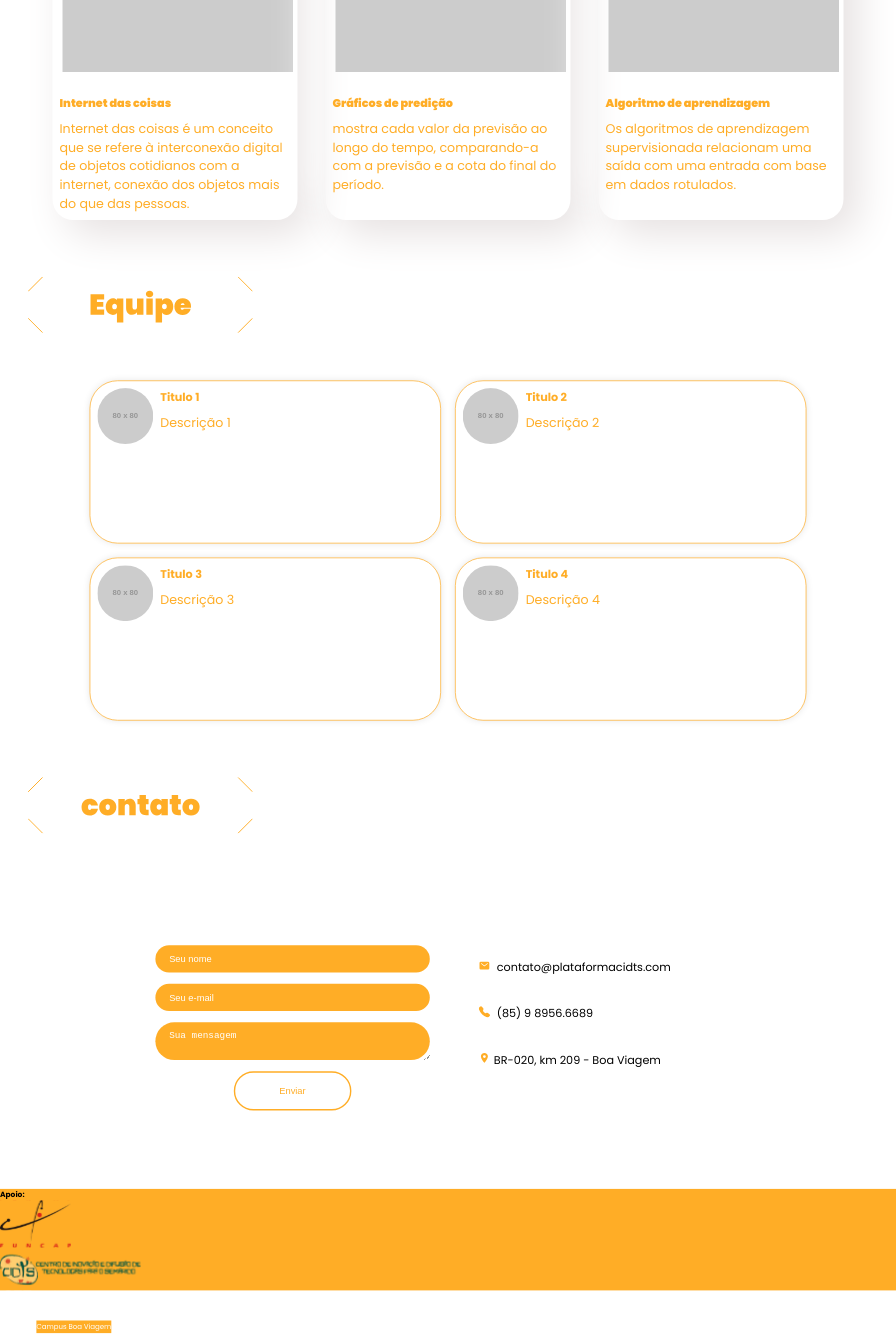
Repository: CCG-web/beeweb
Page: /
The author's editor kept a copy of each file at every save. The page is drawn from the files as they stood at one save, then again after the next save.
The browser window is 1280 px wide. The pictures show the part of the page from y = 2118 to 4038 px (the page is 4038 px tall before and 4028 px after), at 70% of full size.
The project was rebuilt for these pictures with package versions that can differ from the ones it lists, and the page was loaded fresh each time.

Above is the page before, as saved 2023-05-08 23:00:35.

### public/index.html
<!DOCTYPE html>
<html lang="en">
  <head>
    <meta charset="utf-8" />
    <link rel="icon" href="%PUBLIC_URL%/favicon.ico" />
    <meta name="viewport" content="width=device-width, initial-scale=1" />
    <meta name="theme-color" content="#000000" />
    <meta
      name="description"
      content="Web site created using create-react-app"
    />
    <link rel="preconnect" href="https://fonts.googleapis.com">
<link rel="preconnect" href="https://fonts.gstatic.com" crossorigin>
<link href="https://fonts.googleapis.com/css2?family=Poppins:ital,wght@0,100;0,200;0,300;0,400;0,500;0,600;0,700;0,800;0,900;1,100;1,200;1,300;1,400;1,500;1,600;1,700;1,800;1,900&display=swap" rel="stylesheet">
    <link rel="apple-touch-icon" href="%PUBLIC_URL%/logo192.png" />
    <!--
      manifest.json provides metadata used when your web app is installed on a
      user's mobile device or desktop. See https://developers.google.com/web/fundamentals/web-app-manifest/
    -->
    <link rel="manifest" href="%PUBLIC_URL%/manifest.json" />
    <!--
      Notice the use of %PUBLIC_URL% in the tags above.
      It will be replaced with the URL of the `public` folder during the build.
      Only files inside the `public` folder can be referenced from the HTML.

      Unlike "/favicon.ico" or "favicon.ico", "%PUBLIC_URL%/favicon.ico" will
      work correctly both with client-side routing and a non-root public URL.
      Learn how to configure a non-root public URL by running `npm run build`.
    -->
    <title>BeeWeb</title>
  </head>
  <body>
    <noscript>You need to enable JavaScript to run this app.</noscript>
    <div id="root"></div>
    <!--
      This HTML file is a template.
      If you open it directly in the browser, you will see an empty page.

      You can add webfonts, meta tags, or analytics to this file.
      The build step will place the bundled scripts into the <body> tag.

      To begin the development, run `npm start` or `yarn start`.
      To create a production bundle, use `npm run build` or `yarn build`.
    -->
  </body>
</html>

### src/index.css
*{
   margin: 0;
   padding: 0;
   box-sizing: border-box;
}

### src/App.js
// import Navbar from "./components/Navbar";

import React, { useState, useEffect, } from 'react'
import Home from "./components/Home.jsx"
import Sobre from "./components/Sobre";
import Cards from "./components/Cards";
import './App.css'
import uso from "./assets/uso.svg"
import Equipe from "./assets/Equipe.svg"
import Team from "./components/Team";
import ContatoLogo from "./assets/contato.svg";
import Contato from "./components/Contato";
import Footer from "./components/Footer";
import { useRef } from "react";
import Headline from "./components/Headline";
import logoBee from "./assets/logoBEE.svg"
import { Divide as Hamburger } from 'hamburger-react'

function App() {
  const contatoref = useRef(null)
  const homeref = useRef(null)

  // const HomeFuncao = () => {

  //   homeref.current?.scrollIntoView({ behavior: 'smooth' });
  // }

  const ContatoFuncao = () => {
    contatoref.current?.scrollIntoView({ behavior: 'smooth' });
  }


  // teste da navbar

  const [toggleMenu, setToggleMenu] = useState(false)
  const [screenWidth, setScreenWidth] = useState(window.innerWidth)


  const toggleNav = () => {

    setToggleMenu(!toggleMenu)
  }
  useEffect(() => {

    const changeWidth = () => {
      setScreenWidth(window.innerWidth);
    }

    window.addEventListener('resize', changeWidth)
    return () => {
      window.removeEventListener('resize', changeWidth)
    }
  }, [])

  // fim do teste

  return (

    <div>
<nav>


      {(toggleMenu || screenWidth > 1000) && (
        <ul className="list">


          <li  className="items" onClick={ContatoFuncao()} >Home</li>
          <li  className="items"  >sobre</li>
          <li  className="items"  >uso</li>
          <li  className="items"  >Contato</li>


        </ul>
      )

      }


       <img className="logo" src={logoBee} alt="" / >

      <button onClick={toggleNav} className='btn'><Hamburger/></button>
    </nav>

      {/* <Navbar
      Contato="Contato" event={ContatoFuncao}
      />
      Home="Home"
      sobre="Sobre nós"
      uso="Uso"

      <Headline ref={homeref}/> */}


      <Home />

      <Sobre />
      <div className="uso">

        <img className="imgUso" src={uso} alt="" />
      </div>

      <div className='cardContainer'>

        <Cards
          image="https://via.placeholder.com/385x384.png?text=Image+1"
          alt="Image 1"
          title="Internet das coisas"
          description="Internet das coisas é um conceito que se refere à interconexão digital de objetos cotidianos com a internet, conexão dos objetos mais do que das pessoas."
        />
        <Cards
          image="https://via.placeholder.com/385x384.png?text=Image+2"
          alt="Image 2"
          title="Gráficos de predição"
          description="mostra cada valor da previsão ao longo do tempo, comparando-a com a previsão e a cota do final do período."
        />
        <Cards
          image="https://via.placeholder.com/385x384.png?text=Image+3"
          alt="Image 3"
          title="Algoritmo de aprendizagem"
          description="Os algoritmos de aprendizagem supervisionada relacionam uma saída com uma entrada com base em dados rotulados. "
        />
      </div>
      <div className="uso">


        <img className="imgUso" src={Equipe} alt="" />
      </div>
      <Team />
      <div className="uso">


        <img className="imgUso" src={ContatoLogo} alt="" />
        <Headline ref={contatoref} />
      </div>

      <Contato />
      <Footer />

    </div>





  );
}

export default App;

### src/components/Home.jsx


import './Home.css'
const Home = () => {
    return (
        <section className='containerHome'>
            <div >

                <h1>BeeWeb</h1>

                <p>BEEWeb é um projeto inovador que tem como objetivo ajudar os apicultores <br/> a monitorar
                    suas colmeias de abelhas de forma mais eficiente.  </p>

                <button className='btnProjeto'>Projeto</button>
            </div>
        </section>
    )
}

export default Home

### src/components/Sobre.jsx
import React from 'react'

import './Sobre.css'

const Sobre = () => {
    return (
        <section className='ContainerSobre'  >
            <div className='itens'>

                <div className='texto first'>

                <h1>Sobre nós</h1>

                    <p>BEEWeb é um projeto inovador que tem como objetivo ajudar os apicultores a monitorar suas colmeias de abelhas de forma mais eficiente. Desenvolvido por Bolsistas/alunos com auxílio de professores do IFCE, em uma parceria com o Centro de Inovação e Difusão de Tecnologias para o Semiárido (CIDTS). O projeto BEEWeb utiliza uma combinação de dispositivos eletrônicos e tecnologia web para fornecer informações valiosas sobre as colmeias. <br />

                        O sistema BEEWeb é composto por dois principais componentes: sensores e um sistema web. Os sensores são instalados dentro e fora das colmeias para capturar dados em tempo real, como temperatura, umidade e peso das colmeias. Esses dados são então transmitidos para o sistema web, que permite que os apicultores monitorem e analisem as informações em tempo real.
                    </p>
                </div>

            </div>
            <div className='itens two' >
                <div className='texto secord' >
                <h1>Ainda</h1>

                    <p>Com o sistema BEEWeb, os apicultores podem detectar rapidamente quaisquer problemas em suas colmeias e tomar medidas corretivas para evitá-los. Por exemplo, se a temperatura dentro da colmeia estiver muito alta, o sistema enviará um alerta para o apicultor para que ele possa tomar medidas imediatas para resfriar a colmeia. <br />

                        Além disso, o aplicativo web do BEEWeb também permite que os apicultores analisem os dados coletados ao longo do tempo. Eles podem visualizar gráficos e relatórios que mostram as tendências de temperatura, umidade e peso da colmeia ao longo do tempo, o que pode ser usado para otimizar a produção de mel e melhorar a saúde das abelhas.

                        Em resumo, o projeto BEEWeb é uma solução inovadora e prática que irá revolucionar a forma como os apicultores gerenciam suas colmeias. Com o sistema BEEWeb, é possível monitorar as colmeias em tempo real, detectar problemas rapidamente e otimizar a produção de mel de forma mais eficiente."
                    </p>
                </div>
            </div>

        </section>




    )
}

export default Sobre

### src/components/Cards.jsx
import React from 'react'
import './Cards.css'
function Cards(props) {
    return (



   <div className="card">
        <img src={props.image} alt={props.alt} />
        <div className="card-content">
          <h3>{props.title}</h3>
          <p className="description">{props.description}</p>
        </div>
      </div>





    );
  }

export default Cards

### src/App.css
body{
    font-family: 'Poppins', sans-serif;
}

nav {
    font-family: 'Poppins', sans-serif;
    font-size: 20px;
    font-weight: 300;

    position: fixed;
    z-index: 1;
    top: 0;
    width: 100%;
    height: 200px;
    background-color: #ffad26;
    color: white;
    opacity: 0.9;
}


.logo{
    position: absolute;
    left: 10px;
    top: -10px;
    width: 386px;
    height: 233px;

}
.list {
    list-style-type: none;
    background: #ffad26;
    height: 100%;
    display: flex;
    justify-content:flex-end;
    align-items: center;
    position: relative;
}

.items {
    margin-right: 75px;
    font-size: 20px;
    color: white;
    cursor: pointer;
    transition: color 0.3s ease, transform 0.3s ease;
  }

  .items:hover {
    color: black;
    transform: translateX(-5px) rotate(-5deg);
  }

.items {
    margin-right: 75px;
    font-size: 20px;

    color: white;
    cursor: pointer;
}

.btn {
    border: none;
    display: none;
    position: absolute;
    background-color:#ffad26;
    right: 10px;
    top: 20px;
    padding: 5px;
    color: white;
    font-size: 20px;
}

@media screen and (max-width: 1366px) {
    nav{
        height: 150px;

    }

    .logo{

        width: 308.8px;
        height: 186.4px;
    }
}

@media screen and (max-width: 1000px) {
    .list {
        flex-direction: column;
        height: auto;
    }
    .logo{
        position: absolute;
        left: 10px;
        top:0px;
        width: 155.6px;
        height: 93.2px;

    }
    nav{
        height: 100px;
    }
    .items:nth-child(1) {

        margin-top: 100px;
    }

    .items {
        border-top: 1px solid rgb(255, 249, 249);
        width: 100%;
        text-align: center;
        margin-right: 0px;
        padding: 20px 0;
    }

    .btn {
        display: block;
    }
}

//acima antes do body e depois do body
.uso{
    display: flex;
    justify-content: center;
    width: 100%;
    height: 200px;
}

.imgUso{
    margin: 40px;
    width: 321px;
    height: 122px;
}

.imgEquipe{
    margin: 40px;
    width: 321px;
    height: 122px;
}

.cardContainer {

    display: flex;
    justify-content: center;

}

@media screen and (max-width: 768px) {
    .cardContainer {
        display: flex;

        flex-direction: column;
        align-items: center;

    }

    .card {

        width: 300px;



    }

}

@media screen and (max-width: 430px) {


.imgUso{
    margin: 40px;
    width: 120px;
    height: 61px;
}


    .card {
        width: 250px;


    }


}


@media screen and (max-width: 300px) {
    .card {
    margin-left: 5%;
    }
}

### src/components/Team.jsx


import React from 'react';
import './Team.css';

function Team() {
  return (
    <div className="team-container">
      <div className="team">
        <div className="team-image-container">
          <img src="https://via.placeholder.com/80x80" alt="Imagem" className="team-round-image" />
        </div>
        <div className="team-text-container">
          <h2 className="team-title">Titulo 1</h2>
          <p className="team-description">Descrição 1</p>
        </div>
      </div>
      <div className="team">
        <div className="team-image-container">
          <img src="https://via.placeholder.com/80x80" alt="Imagem" className="team-round-image" />
        </div>
        <div className="team-text-container">
          <h2 className="team-title">Titulo 2</h2>
          <p className="team-description">Descrição 2</p>
        </div>
      </div>
      <div className="team">
        <div className="team-image-container">
          <img src="https://via.placeholder.com/80x80" alt="Imagem" className="team-round-image" />
        </div>
        <div className="team-text-container">
          <h2 className="team-title">Titulo 3</h2>
          <p className="team-description">Descrição 3</p>
        </div>
      </div>
      <div className="team">
        <div className="team-image-container">
          <img src="https://via.placeholder.com/80x80" alt="Imagem" className="team-round-image" />
        </div>
        <div className="team-text-container">
          <h2 className="team-title">Titulo 4</h2>
          <p className="team-description">Descrição 4</p>
        </div>
      </div>
    </div>
  );
}

export default Team;

### src/components/Contato.jsx
import React from 'react'
import './Contato.css'
import { BsFillTelephoneFill } from 'react-icons/bs';
import { IoMail} from 'react-icons/io5';
import { IoLocationSharp} from 'react-icons/io5';

const Contato = () => {
    return (
        <div className="containerForm">

            <div className="itensForm first">

            <form className="form" action="#" method="post">

                <input type="text" id="name" name="name" placeholder="Seu nome" />


                <input type="text" id="email" name="email" placeholder="Seu e-mail" />


                <textarea id="message" name="message" placeholder="Sua mensagem"></textarea>

                <button type="submit">Enviar</button>
            </form>
        </div>
        <div className="itensForm Secord">
            <ul>

                <li className="listContact"> <i className='icons'><IoMail/></i> contato@plataformacidts.com</li>
                <li className="listContact"><i className='icons'><BsFillTelephoneFill/></i>  (85) 9 8956.6689</li>
                <li className="listContact"><i className='icons'><IoLocationSharp/></i>BR-020, km 209 - Boa Viagem</li>
            </ul>
        </div>
            </div>
    )
}

export default Contato

### src/components/Footer.jsx
import React from 'react'
import logoifce from '../assets/logoifce.svg'
import logociditis from '../assets/cidits.svg'
import logoFuncap from '../assets/funcap 1.svg'
import './Footer.css'
const Footer = () => {
  return (
    <div className='footer'>

        <div className='itensFooter'>
        <h6>Apoio:</h6>
        <img  src={logoFuncap} alt=""/>
        </div>
        <div className='itensFooter'>
        <img  src={logociditis} alt=""/>
        </div>
        <div className='itensFooter'>
        <img  src={logoifce} alt="" / >
        </div>
    </div>

  )
}

export default Footer

### src/components/Headline.jsx
import React from 'react'
import { forwardRef } from 'react'

const Headline = ({text}, ref) => {
  return <h2 ref={ref}>{text}</h2>

}


export default forwardRef(Headline)

### src/components/Home.css
section {
    width: 100%;
    margin-top: 200px;
    height: 400px;

    display: flex;
    justify-content: center;
    text-align: center;
    align-items: center;

}

h1 {
    font-family: 'Poppins', sans-serif;
    font-size: 96px;
    font-style: mixed;
    color: #4F4F4F;
}

p {
    font-family: 'Poppins', sans-serif;
    font-style: normal;
    font-size: 18px;
    color: #4F4F4F;
}

.btnProjeto {
    cursor: pointer;
    margin: 10px;
    font-size: 24px;
    background-color: #FFAD26;
    width: 280px;
    height: 86px;
    color: #FFFF;
    border: none;
    border-radius: 71px;
    transition: transform 0.4s ease-in-out, background-color 0.4s ease-in-out;
  }

  .btnProjeto:hover {
    background-color: #E76F00;
    transform: scale(1.05);
  }

  .btnProjeto:active {
    background-color: #FFC940;
    transform: scale(0.95);
  }



@media screen and (max-width: 1000px) {

    section {
        margin-top: 300px;
    }

    h1 {
        font-size: 48px;
    }



    .btnProjeto {
        width: 140px;
        height: 43px;
        font-size: 12px;
    }
}


@media screen and (max-width: 400px) {
    h1 {
        font-size: 30px;
    }
    p {
        font-size: 10px;
    }

    .btnProjeto {
        width: 90px;
        height: 41.5px;
    }

}

### src/components/Sobre.css
.ContainerSobre {
    justify-content: center;
    width: 100%;
    height: 850px;
    background-color: #FFC668;
    padding-left: 10px;


}

.itens>p {
    display: flex;
    text-align: right;
}

.texto>h1 {
    text-shadow: 0px 4px 20px rgba(0, 0, 0, 0.15);
    margin-top: 15px;
    color: white;
    font-size: 64px;
}

.texto {
    font-style: normal;
    font-weight: 700;
    margin: 5%;
    padding: 5%;
}

.first {
    text-align: left;
}

.secord {
    margin-top: 10%;
    text-align: right;


}


.texto>p {

    font-size: 18px;
    font-weight: bold;
    color: white;



}

.itens {
    width: 50%;
}

.ContainerSobre {
    background-size: auto;

}


@media screen and (max-width: 1000px) {
    .itens {
        width: 100%;
    }

    .ContainerSobre {
        background: none;
        background-color: #FFC668;
        display: flex;
        flex-direction: column;
        height: 100%;

    }

    .texto>h1 {
        text-align: center;
        font-size: 32px;
        margin: 10px;
    }

    .texto {
        text-align: justify;
        margin-top: 10px;
        padding: 20px;

        height: 100%
    }

    .texto>p {
        font-size: 15px;
    }
}

### src/components/Cards.css
.card {

  width: 350px;


  margin: 20px;
  border-radius: 30px;
  box-shadow:  20px 20px 60px #e6e1e1,
  -20px -20px 60px #ffffff;
  display: inline-block;
  vertical-align: top;
  overflow: hidden;
  position: relative;
  transition: transform 0.3s ease-in-out;


}
.description{
  font-family: 14px;
}
.card img {
  margin: 4%;
  width: calc(100% - 20px);
  height: auto;
}

.card:hover {
  transform: scale(1.05);

  box-shadow: 2px 2px 10px rgba(0, 0, 0, 0.5);
}

h3 {
  margin: 10px;
  font-family: 'Poppins', sans-serif;
  font-style: normal;
  font-weight: 900;
  font-size: 16px;

  color: #FFAD26;
}
.description{
  margin: 10px;
  color: #FFAD26;
}
.card:hover:after {
  content: "";
  display: block;
  position: absolute;
  top: 0;
  left: 0;
  width: 100%;
  height: 100%;
  z-index: -1;
}

### src/components/Team.css
.team-container {

  font-family: 'Poppins';
  margin-left: 20%;
  margin-right: 20%;
  display: flex;
  flex-wrap: wrap;
  justify-content: space-between;
}

.team {
  height: 233px;
  width: calc(50% - 10px);
  border-radius: 40px;
  background-color: #fff;
  margin-bottom: 20px;
  box-shadow: 0 0 10px rgba(0, 0, 0, 0.1);
  border: 1px solid #FFAD26;
  display: flex;
  flex-direction: row;
}

@media screen and (max-width: 1400px) {
  .team-container {
    margin-left: 10%;
    margin-right: 10%;
  }
}

@media screen and (max-width: 768px) {
  .team {
    width: 90%;
    margin-left: 5%;
  }
}

.image-container {
  display: flex;
  justify-content: center;
  align-items: center;
  width: 150px;
}

.team-round-image {
  margin: 10px;
  width: 80px;
  height: 80px;
  border-radius: 50%;

}

.text-container {
  padding: 20px;
  display: flex;
  flex-direction: column;
  justify-content: center;
  align-items: flex-start;
}

h2 {
  margin-top: 10px;
  font-size: 16px;
  margin-bottom: 10px;
}

.team-text-container {
  font-size: 16px;
  color: #FFAD26;
  margin-bottom: 0;
}

.team-description {
  color: #FFAD26;
}

.team:hover {
  box-shadow: 0px 0px 15px rgba(0, 0, 0, 0.3);
}

### src/components/Contato.css
* {
    box-sizing: border-box;
  }

  body {

    margin: 0;
    padding: 0;
  }

  .itensForm{
    width: 100%;
    display: flex;
    justify-content: center;



  }
  .first{
    justify-content: end;
  }
  .listContact{

    margin-bottom: 15%;
    list-style-type: none;
  }

 .icons{
  color: #FFAD26;
    margin-right: 5px;
  }
  .Secord{

    justify-content: initial;
    margin-left: 5%;
  }
  .containerForm{


    display: flex;
    justify-content: center;

    align-items: center;
    height: 400px;
    background-color: white;
    margin-left: 12%;
    margin-right: 9%;
  }

  .form {
    display: flex;
    flex-direction: column;
    justify-content: center;
    align-items: center;
    background-color: white;
    border-radius: 5px;
    padding: 20px;

    max-width: 500px;
    width: 90%;
  }

  input[type="text"],
  textarea {
    width: 100%;
    padding: 12px 20px;
    margin: 8px 0;
    box-sizing: border-box;
    border: none;
    border-radius: 60px;
    background-color: #FFAD26;
    color: white;
  }

  input[type="text"]::placeholder,
  textarea::placeholder {
    color: white;
  }

  .contact-info {
    display: flex;
    justify-content: space-between;
    width: 100%;
    margin-top: 20px;
    font-size: 16px;
  }

  .contact-info li {
    display: flex;
    align-items: center;
  }

  .contact-info li i {
    margin-right: 10px;
    font-size: 20px;
    color: #FFAD26;
  }

  button[type="submit"] {
    background-color: white;
    color: #FFAD26;
    padding: 12px 20px;
    margin: 8px 0;
    border: 2px solid #FFAD26;
    border-radius: 60px;
    cursor: pointer;
    width: 168px;
    height: 56px;
  }

  button[type="submit"]:hover {
    background-color: #FFAD26;
    color: white;
  }

  @media screen and (max-width: 786px) {
    .first{
        justify-content: center;
    }
    .Secord{
        margin: 0;
        justify-content: center;
    }
    .containerForm{
        flex-direction: column;

    }

    .form {
      width: 100%;
    }
  }

### src/components/Footer.css
.footer{
    width: 100%;
    height: 145px;
    background-color: #FFAD26;
    margin-top: 30px;
}

Loaded but not shown: src/index.js (common file)

After the next save:
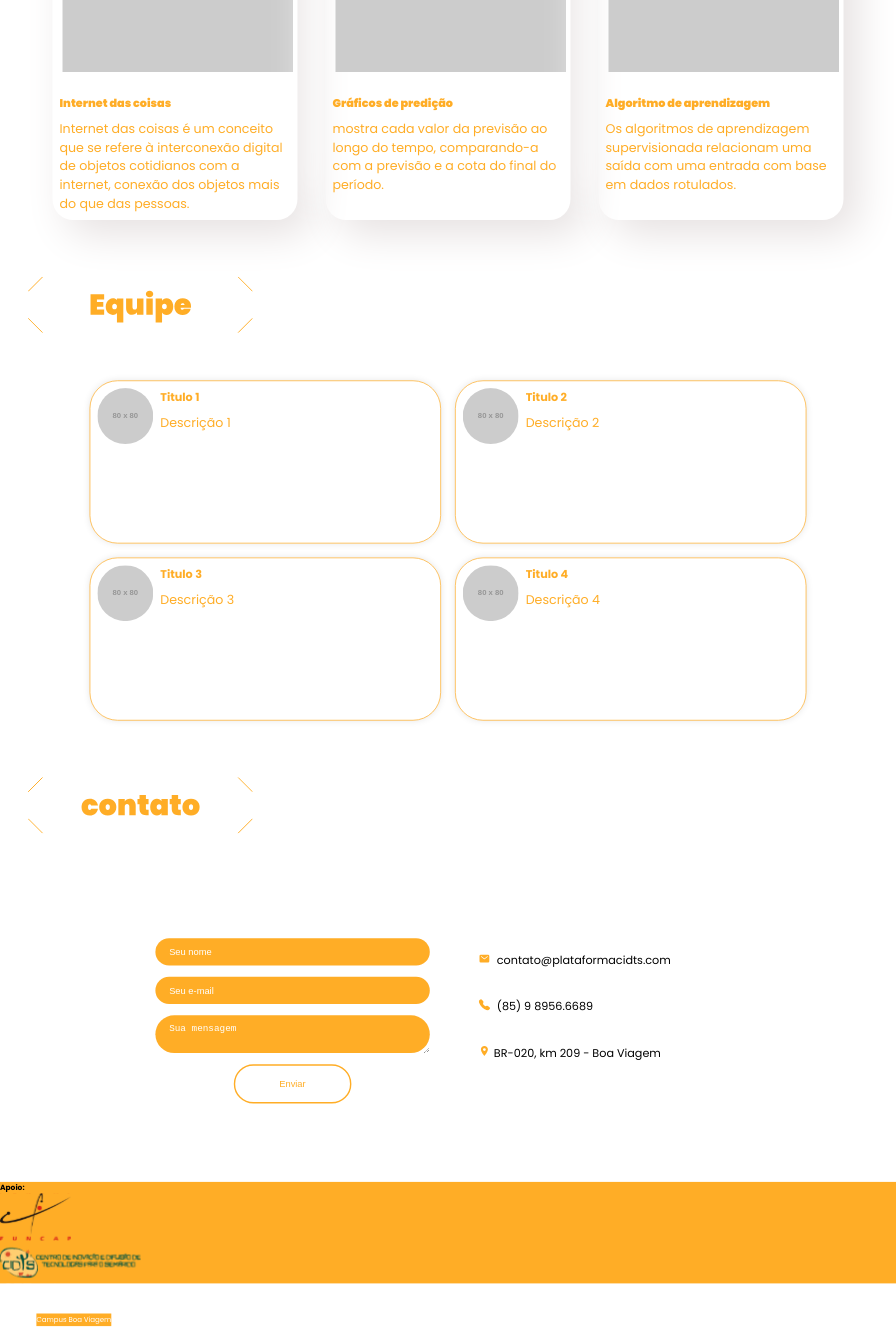
Saved 31 s later.
--- a/src/App.js
+++ b/src/App.js
@@ -130,7 +130,7 @@
 
 
         <img className="imgUso" src={ContatoLogo} alt="" />
-        <Headline ref={contatoref} />
+
       </div>
 
       <Contato />
